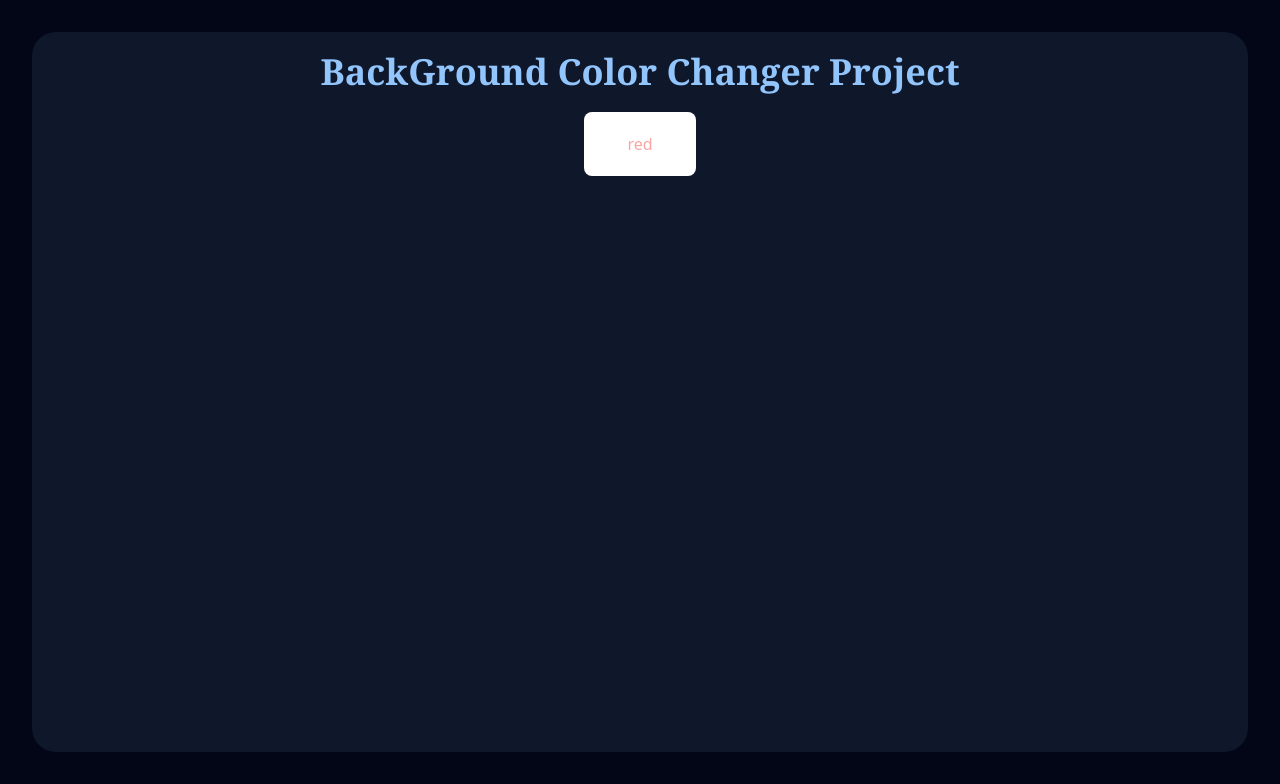
Repository: ChaitanyMishra/react-daily-work
Page: / (app in day-04-react/bg_color_changer/)
An editor plug-in stored every save of this project. The page is shown before and after a run of saves, followed by the edit.
The browser window is 1280 px wide. The pictures show the whole page.
The project was rebuilt for these pictures with package versions that can differ from the ones it lists, and the page was loaded fresh each time. Also part of the build but not shown: day-04-react/bg_color_changer/vite.config.js.

Above is the page before, as saved 2025-06-20 16:51:39.

### day-04-react/bg_color_changer/src/index.css
@tailwind base;
@tailwind components;
@tailwind utilities;
body{
  @apply bg-slate-950
}

### day-04-react/bg_color_changer/src/App.jsx
import {useState } from 'react'
import ChangeBgColor from './backGrounColorChanger/bgChange'
import  ColorChangeButton from './backGrounColorChanger/buttonComponent'
import './App.css'

function App() {
  const [colorState , changeColor] = useState("olvie")

  return (
    <div className='w-full h-screen bg-slate-900 rounded-3xl overflow-hidden'>
    <h1 className=' mt-5 text-4xl font-serif font-bold text-blue-300 '>BackGround Color Changer Project</h1>
     <button className="bg-white text-red-300 m-5 p-5 rounded-lg w-[7rem]  ">red</button>
    <ColorChangeButton />
    </div>
  )
}

export default App

### day-04-react/bg_color_changer/src/backGrounColorChanger/bgChange.jsx
export default function ChangeBgColor(){



}

### day-04-react/bg_color_changer/src/backGrounColorChanger/buttonComponent.jsx
export default function ColorChangeButton(){
    <button className="bg-white text-red-300">red</button>
}

Loaded but not shown: day-04-react/bg_color_changer/index.html (common file); day-04-react/bg_color_changer/src/main.jsx (common file); day-04-react/bg_color_changer/src/App.css (common file); day-04-react/bg_color_changer/tailwind.config.js (common file)

After the next 2 saves:
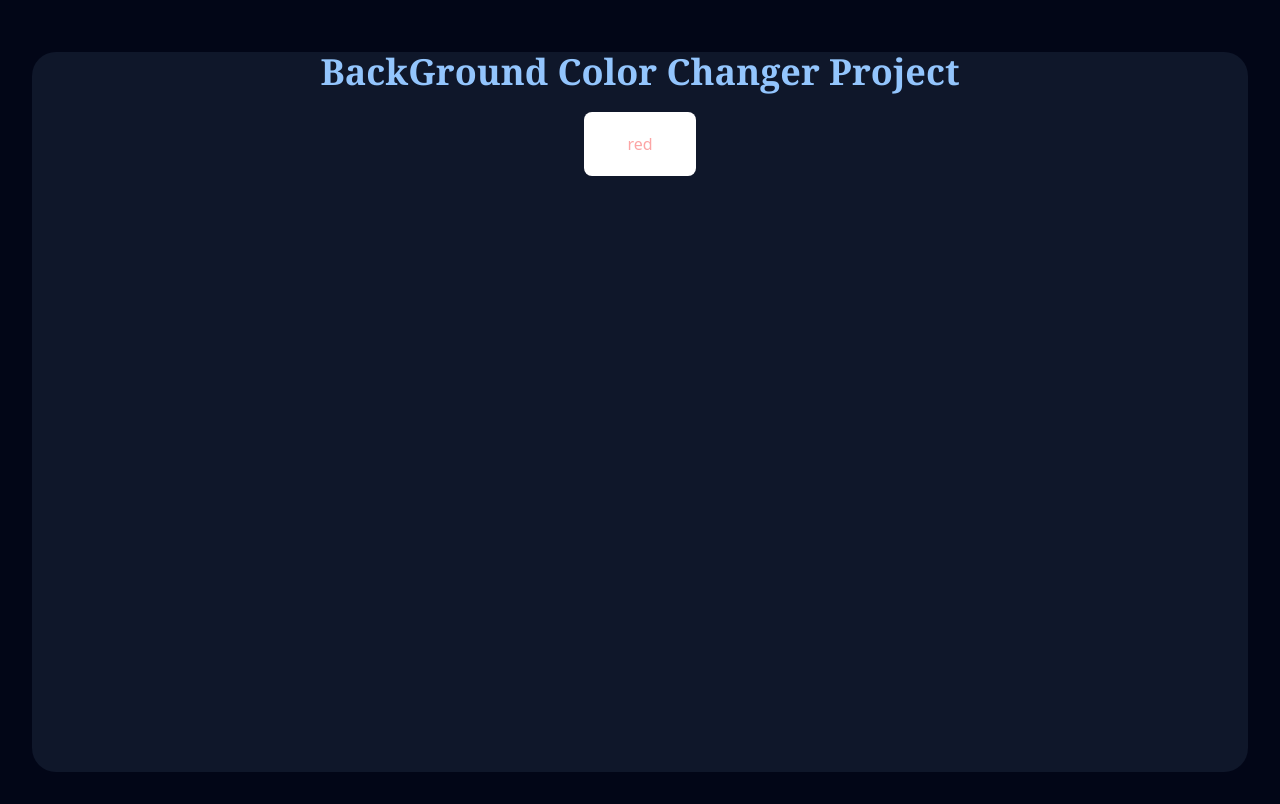
The 2 saves are shown as one change because they came seconds apart.
The last was saved 12 s later.
--- a/day-04-react/bg_color_changer/src/App.jsx
+++ b/day-04-react/bg_color_changer/src/App.jsx
@@ -7,7 +7,7 @@
   const [colorState , changeColor] = useState("olvie")
 
   return (
-    <div className='w-full h-screen bg-slate-900 rounded-3xl overflow-hidden'>
+    <div className='w-full h-screen bg-slate-900 rounded-3xl duration-200'>
     <h1 className=' mt-5 text-4xl font-serif font-bold text-blue-300 '>BackGround Color Changer Project</h1>
      <button className="bg-white text-red-300 m-5 p-5 rounded-lg w-[7rem]  ">red</button>
     <ColorChangeButton />

After the 4 saves that followed:
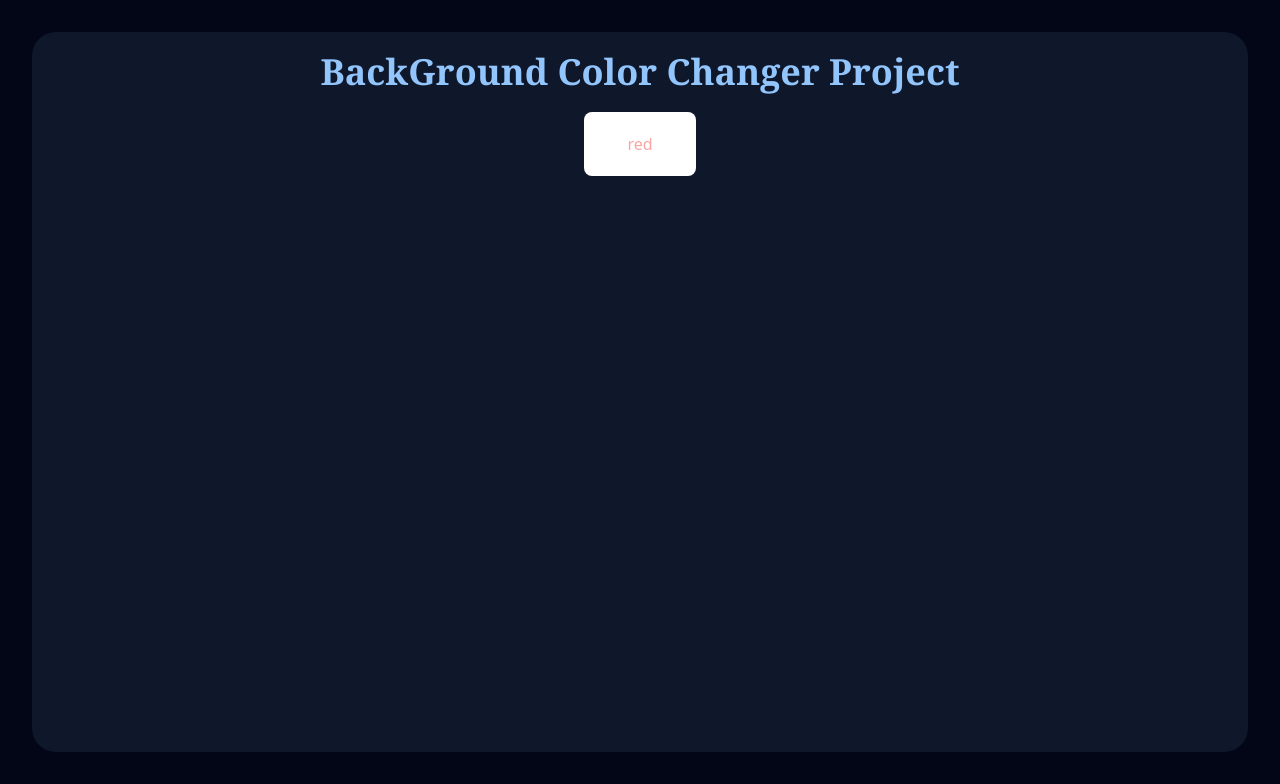
The 4 saves are shown as one change because 1 left the picture as it was and some came seconds apart.
The last was saved 31 s later.
--- a/day-04-react/bg_color_changer/src/App.jsx
+++ b/day-04-react/bg_color_changer/src/App.jsx
@@ -7,7 +7,7 @@
   const [colorState , changeColor] = useState("olvie")
 
   return (
-    <div className='w-full h-screen bg-slate-900 rounded-3xl duration-200'>
+    <div className='w-full h-screen bg-slate-900 rounded-3xl overflow-auto '>
     <h1 className=' mt-5 text-4xl font-serif font-bold text-blue-300 '>BackGround Color Changer Project</h1>
      <button className="bg-white text-red-300 m-5 p-5 rounded-lg w-[7rem]  ">red</button>
     <ColorChangeButton />
